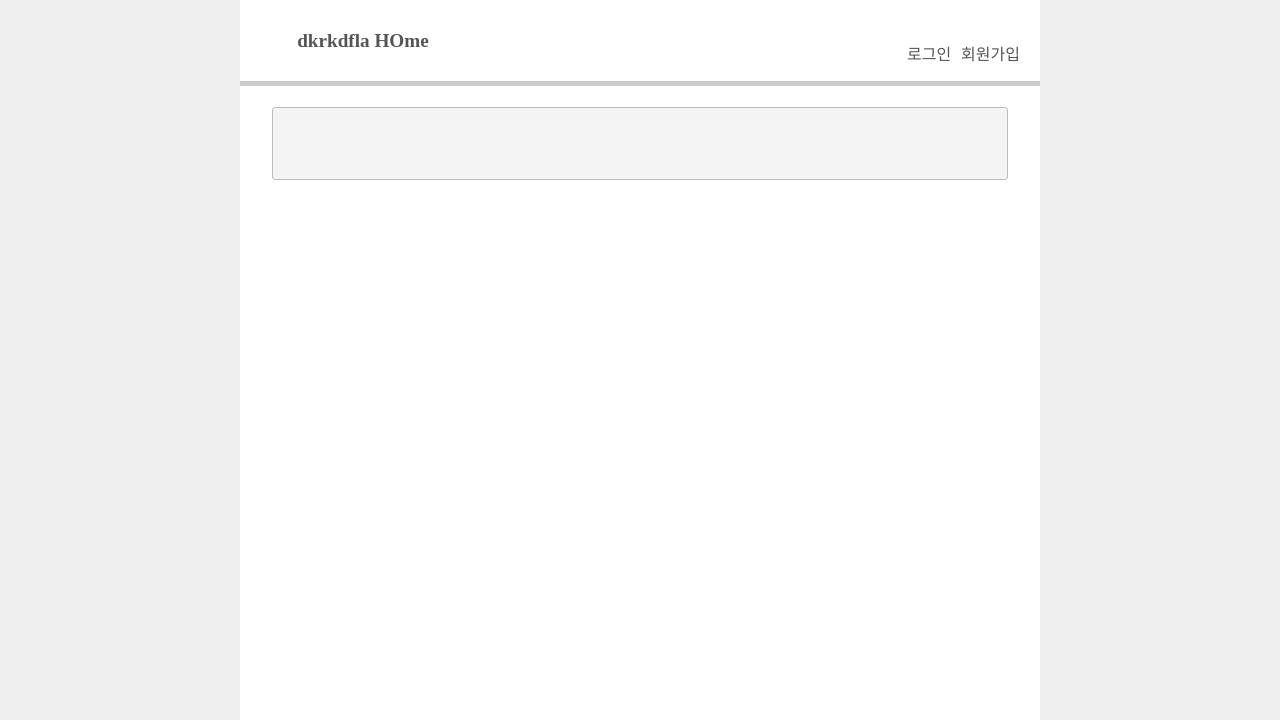
Repository: Dusajang/JSPClass
Page: http://localhost/jspPro/days02/ex01.jsp
These files come from the project's save history. The page is drawn as it stood at one moment and after the next save; the edit follows.
The browser window is 1280 px wide. The pictures show the whole page.
Some web fonts or font styles are not loaded; a fallback is used. The page is served by Tomcat 9. Other server files are loaded and not shown. Queries for data that is not in the repository find no rows.

Above is the page before, as saved 2024-10-16 01:09:24.

### jspPro/src/main/webapp/days02/ex01.jsp
<%@page import="org.doit.domain.DeptVO"%>
<%@page import="com.util.DBConn"%>
<%@page import="java.util.ArrayList"%>
<%@page import="java.sql.ResultSet"%>
<%@page import="java.sql.PreparedStatement"%>
<%@page import="java.sql.Connection"%>
<%@ page contentType="text/html; charset=UTF-8" pageEncoding="UTF-8"%>
<%
	Connection conn = null;
	PreparedStatement pstmt = null;
	String sql = " SELECT * "
				+ " FROM dept";
	ResultSet rs = null;
	int deptno;
	String dname, loc;
	DeptVO vo = null;
	ArrayList<DeptVO> list = null;

	try{
	      conn = DBConn.getConnection();
/*  	      System.out.println("conn은 " +conn);
	      System.out.println("닫혀있나 " + conn.isClosed());  */
	      pstmt = conn.prepareStatement(sql);
	      rs = pstmt.executeQuery();
	      if( rs.next() ){
	         list = new ArrayList<>();
	         do{
	            deptno = rs.getInt("deptno");
	            dname = rs.getString("dname");
	            loc = rs.getString("loc");

	            new DeptVO().builder().deptno(deptno).dname(dname).loc(loc).build();
	         }while(rs.next());
	      }
	   }catch(Exception e){
	      e.printStackTrace();
	   }finally{
	      try{
	         pstmt.close();
	         DBConn.close();
	      }catch(Exception e){
	         e.printStackTrace();
	      }

	   }
%>
<!DOCTYPE html>
<html>
<head>
<meta charset="UTF-8">
<title>Insert title here</title>
<link rel="shortcut icon" type="image/x-icon" href="http://localhost/jspPro/images/SiSt.ico">
<script src="https://ajax.googleapis.com/ajax/libs/jquery/3.7.1/jquery.min.js"></script>
<meta name="viewport" content="width=device-width, initial-scale=1.0">
<meta name="google" content="notranslate">
<link rel="stylesheet" href="http://localhost/jspPro/resources/cdn-main/example.css">
<script src="http://localhost/jspPro/resources/cdn-main/example.js"></script>
<style>
 span.material-symbols-outlined{
    vertical-align: text-bottom;
 }
</style>
</head>
<body>
<header>
  <h1 class="main"><a href="#" style="position: absolute;top:30px;">dkrkdfla HOme</a></h1>
  <ul>
    <li><a href="#">로그인</a></li>
    <li><a href="#">회원가입</a></li>
  </ul>
</header>
<div>
  <xmp class="code">

  </xmp>
</div>
</body>
</html>

### jspPro/src/main/java/com/util/DBConn.java
package com.util;

import java.sql.Connection;
import java.sql.DriverManager;
import java.sql.SQLException;

// 싱글톤(Sington)
public class DBConn {

   private static Connection conn = null;

   private DBConn() {

   }

   public static Connection getConnection() {

      if (conn == null) {
         // conn 생성...
         String className = "oracle.jdbc.driver.OracleDriver";
         String url = "jdbc:oracle:thin:@localhost:1521:xe";
         String user = "scott";
         String password = "tiger";

         try {
            // 1. JDBC 드라이버 로딩 - Class.forName()
            Class.forName(className);
            // 2. Connection 객체 - DriverManager
            conn = DriverManager.getConnection(url, user, password);
         } catch (ClassNotFoundException e) {
            e.printStackTrace();
         } catch (SQLException e) {
            e.printStackTrace();
         }
      } // if

      return conn;

   }

   public static Connection getConnection(String url, String user, String password) {

      if (conn == null) {
         String className = "oracle.jdbc.driver.OracleDriver";
         try {
            Class.forName(className);
            conn = DriverManager.getConnection(url, user, password);
         } catch (ClassNotFoundException e) {
            e.printStackTrace();
         } catch (SQLException e) {
            e.printStackTrace();
         }
      } // if

      return conn;

   } // getConnection

   public static void close() {
      try {
         if( conn != null && !conn.isClosed() ) {
            conn.close();
         }
      } catch (SQLException e) {
         e.printStackTrace();
      }

      conn = null;
   }


} // class v

### jspPro/src/main/webapp/resources/cdn-main/example.css
@charset "UTF-8";

@import url('https://fonts.googleapis.com/css2?family=Material+Symbols+Outlined:opsz,wght,FILL,GRAD@20..48,100..700,0..1,-50..200');

@font-face {
    font-family: 'GmarketSansMedium';
    src: url('https://cdn.jsdelivr.net/gh/projectnoonnu/noonfonts_2001@1.1/GmarketSansMedium.woff') format('woff');
    font-weight: normal;
    font-style: normal;
}

:root {
	--text-color: #555;
	--sub-text-color: #777;
	--back-color: #EFEFEF;
	--header-color: #444;
	--primary-color: #DEDEDE;
	--secondary-color: #EFEFEF;
	--default-width: 800px;
	--narrow-width: 500px;
	--wide-width: 1200px;
	--text-font: 'GmarketSansMedium';
	--icon-font: 'Material Symbols Outlined';
	--border-color: #CCC;
}

html, body {
	margin: 0;
	padding: 0;
}

html {
	background-color: var(--back-color);
	display: flex;
	justify-content: center;
	min-height: 100vh;
}

body, body.default {
	width: var(--default-width);
	background-color: white;
	padding-bottom: 120px;
}

body.wide {
	width: var(--wide-width);
}

body.narrow {
	width: var(--narrow-width);
}



body, p, div, span, a, input, select, option, textarea, button, table, th, td, label, fieldset, legend {
	font-family: var(--text-font);
	color: var(--text-color);
}

h1, h2, h3 {
	font-family: var(--text-font);
	color: var(--header-color);
	padding: 0 1rem;
	padding-top: .5rem;
}

div > h1, div > h2, div > h3 {
	padding: 0;
}

body > div, body > main > div {
	padding: 0.3rem 1rem;
}


h1 { font-size: 2rem; border-bottom: 1px solid var(--border-color); }
h1 small { font-size: 1.2rem; color: var(--sub-text-color); }
h2 { font-size: 1.5rem; border-bottom: 1px dashed var(--border-color); }
h2 small { font-size: 1.1rem; color: --sub-text-color; }
h3 { font-size: 1.2rem; }
h3 small { font-size: 1rem; color: --sub-text-color; }



h1.main::before {
	font-family: var(--icon-font);
  	content: '\e666';
  	margin-right: 10px;
  	float: left;
	font-size: 2.5rem;
}

h1.sub::before {
	font-family: var(--icon-font);
  	content: '\ea19';
  	margin-right: 10px;
  	float: left;
	font-size: 2.5rem;
}


h1.page::before {
	font-family: var(--icon-font);
  	content: '\e0e0';
  	margin-right: 10px;
  	float: left;
	font-size: 2.5rem;
}

body > header > ul > li > .active{
	background-color: #FFF;
	color:#F00;
}

body > header {
	display: flex;
	justify-content: space-between;
	border-bottom: 5px solid var(--border-color);
	min-height: 74px;
	background-color: #FFF;
}

body > header.sticky {
	position: sticky;
	top: 0;
	z-index: 98;
}

body > header > h1 {
	font-size: 1.2rem;
	border: 0;
}

body > header.in > h1::before {
	font-family: var(--icon-font);
  	content: '\e332‥';
  	margin-right: 3px;
  	float: left;
	font-size: 2rem;
}


body > header > ul {
	list-style-type: none;
	display: flex;
	align-items: flex-end;
	margin-right: 10px;
}

body > header > ul > li {
	margin-right: 10px;
	cursor: pointer;
}

body > header > ul > li > a {
	cursor: pointer;
}


form {
	display: block;
}

form > div {
	padding: 0.3rem 1rem;
}

div > form > div {
	padding: 0.3rem 0;
}

input, textarea, button, select {
	border: 1px solid #BBB;
	border-radius: 3px;
	outline: none;
	resize: none;
	padding: 7px;
	margin: 0;
}

input[type=text]:read-only, textarea:read-only {
	cursor: not-allowed;
	background-color: #FFF;
}

input[type=text]:disabled, textarea:disabled {
	cursor: not-allowed;
	background-color: #EEE;
}

input[type=text], input[type=password], textarea, button, select {
	/* width: 300px; */
}

textarea {
	display: block;
	height: 100px;
}

input[type=button], input[type=submit], button {
	/* width: inherit; */
}

input.short, textarea.short, button.short, select.short {
	width: 100px;
}

input.long, textarea.long, button.long, select.long {
	width: 350px;
}

.narrow input.long, .narrow textarea.long, .narrow button.long, .narrow select.long {
	width: calc(100% - 20px);
}

input.full, textarea.full, button.full, select.full {
	width: calc(100% - 20px);
}

textarea.short {
	height: 50px;
}

textarea.long {
	height: 100px;
}

textarea.full {
	height: 200px;
}

input, textarea {
	padding-top: 8px;
}

input[type=button], input[type=submit], button {
	padding: 5px 10px;
	background-color: var(--secondary-color);
	cursor: pointer;
	min-height: 36px;
}

input[type=button].primary, input[type=submit].primary, button.primary {
	/* background-color: rgba(100, 149, 237, .2); */
	background-color: var(--primary-color);
}

input[type=button].primary:hover, input[type=submit].primary:hover, button.primary:hover {
	/* background-color: rgba(100, 149, 237, .3); */
	background-color: var(--secondary-color);
}

input[type=button]:hover, input[type=submit]:hover, button:hover {
	background-color: var(--primary-color);
}

button {
	position: relative;
	left: 0;
	top: 0;
	padding-left: 35px;
}

button .material-symbols-outlined {
	position: absolute;
	left: 10px;
	top: 4px;
}

/* k2nik add */
button.login::before {
	font-family: var(--icon-font);
  	content: '\ea77';
	position: absolute;
	left: 11px;
	top: 4px;
	font-size: 1.25rem;
}

/* k2nik logout */
button.logout::before {
	font-family: var(--icon-font);
  	content: '\e9ba';
	position: absolute;
	left: 11px;
	top: 4px;
	font-size: 1.25rem;
}

/* k2nik help */
button.help::before {
	font-family: var(--icon-font);
  	content: '\f1c0';
	position: absolute;
	left: 11px;
	top: 4px;
	font-size: 1.25rem;
}

button.add::before{
	font-family: var(--icon-font);
  	content: '\e746';
	position: absolute;
	left: 11px;
	top: 4px;
	font-size: 1.25rem;
}

button.back::before {
	font-family: var(--icon-font);
  	content: '\e166';
	position: absolute;
	left: 11px;
	top: 4px;
	font-size: 1.25rem;
}

button.list::before {
	font-family: var(--icon-font);
  	content: '\e0ee';
	position: absolute;
	left: 11px;
	top: 4px;
	font-size: 1.25rem;
}


button.del::before {
	font-family: var(--icon-font);
  	content: '\e872';
	position: absolute;
	left: 11px;
	top: 4px;
	font-size: 1.25rem;
}


button.edit::before {
	font-family: var(--icon-font);
  	content: '\e745';
	position: absolute;
	left: 11px;
	top: 4px;
	font-size: 1.25rem;
}


button.login::before {
	font-family: var(--icon-font);
  	content: '\ea77';
	position: absolute;
	left: 11px;
	top: 4px;
	font-size: 1.25rem;
}


button.logout::before {
	font-family: var(--icon-font);
  	content: '\e9ba';
	position: absolute;
	left: 11px;
	top: 4px;
	font-size: 1.25rem;
}


button.in::before {
	font-family: var(--icon-font);
  	content: '\f71a';
	position: absolute;
	left: 11px;
	top: 4px;
	font-size: 1.25rem;
}


button.out::before {
	font-family: var(--icon-font);
  	content: '\f70e';
	position: absolute;
	left: 11px;
	top: 4px;
	font-size: 1.25rem;
}


button.reply::before {
	font-family: var(--icon-font);
  	content: '\e15e';
	position: absolute;
	left: 11px;
	top: 4px;
	font-size: 1.25rem;
}


button.comment::before {
	font-family: var(--icon-font);
  	content: '\e0b9';
	position: absolute;
	left: 11px;
	top: 4px;
	font-size: 1.25rem;
}


button.modal::before {
	font-family: var(--icon-font);
  	content: '\e89e';
	position: absolute;
	left: 11px;
	top: 4px;
	font-size: 1.25rem;
}


button.ok::before {
	font-family: var(--icon-font);
  	content: '\e86c';
	position: absolute;
	left: 11px;
	top: 4px;
	font-size: 1.25rem;
}


button.cancel::before {
	font-family: var(--icon-font);
  	content: '\e5c9';
	position: absolute;
	left: 11px;
	top: 4px;
	font-size: 1.25rem;
}

button.search::before {
	font-family: var(--icon-font);
  	content: '\e8b6';
	position: absolute;
	left: 11px;
	top: 4px;
	font-size: 1.25rem;
}

button.home::before {
	font-family: var(--icon-font);
  	content: '\e88a';
	position: absolute;
	left: 11px;
	top: 4px;
	font-size: 1.25rem;
}


button.sidebar::before {
	font-family: var(--icon-font);
  	content: '\f7e4';
	position: absolute;
	left: 11px;
	top: 4px;
	font-size: 1.25rem;
}


button.sidebar-right::before {
	font-family: var(--icon-font);
  	content: '\f7e5';
	position: absolute;
	left: 11px;
	top: 4px;
	font-size: 1.25rem;
}




button::before {
	font-family: var(--icon-font);
  	content: '\e323';
	position: absolute;
	left: 11px;
	top: 4px;
	font-size: 1.25rem;
}


table {
	border-collapse: collapse;
	margin: 1rem;
	box-sizing: border-box;
	width: calc(100% - 32px);
}

table.content {
	width: auto;
}

div > table {
	margin: 0;
}

table th, table td {
	border: 1px solid var(--border-color);
	padding: 7px;
	font-weight: normal;
}

table th {
	background-color: var(--back-color);
}

table.vertical th {
	width: 150px;
}

table.vertical td {
	width: calc(100% - 182px);
	padding-left: 10px;
}

table.content td, table.content th {
	width: auto;
}

body.narrow table.vertical th {
	width: 100px;
}

body.narrow table.vertical td {
	width: calc(100% - 182px);
}


table + table {
	margin-top: 30px;
}


p {
	padding: 0 1rem;
}

a {
	text-decoration: none;
}

a:hover {
	color: rgba(255, 99, 71, .7);
}

hr {
	border: 0;
	border-top: 1px solid var(--border-color);
	margin: 2rem 0;
}

.message {
	border: 1px solid var(--border-color);
	background-color: #EFEFEF;
	margin: 1rem;
	width: auto;
	padding-top: 10px;
	padding-bottom: 10px;
	font-size: 14px;
}

.message[title]::before {
	content: attr(title);
	display: block;
	border-bottom: 1px solid var(--border-color);
	padding-bottom: 5px;
	margin-bottom: 10px;
	margin-top: 7px;
}

.message.short {
	max-width: 250px;
}

.message.long {
	max-width: 500px;
}

.badge {
	float: right;
	font-size: .8rem;
	margin-top: 2px;
	margin-right: 2px;
	text-shadow: 0 0 7px gray;
}

.badge.left {
	float: none;
	margin-left: 2px;
}

.badge.right {
	float: right;
}

.badge.red {
	border-radius: 50%;
	padding: 2px 5px;
	background-color: rgb(255, 99, 71, .3);
}

.badge.yellow {

	border-radius: 50%;
	padding: 2px 5px;
	background-color: rgb(255, 215, 0, .5);
}

.badge.blue {
	border-radius: 50%;
	padding: 2px 5px;
	background-color: rgb(100, 149, 237, .3);
}

label + label {
	margin-left: 7px;
}

label input[type=checkbox], label input[type=radio] {
	transform: translate(0, 1px);
}

.group {
	display: flex;
}

.modal-content .group {
	margin-bottom: .5rem;
}

.group label {
	border: 1px solid #BBB;
	border-radius: 3px;
	outline: none;
	resize: none;
	padding: 7px 14px;
	margin: 0;
	border-top-right-radius: 0;
	border-bottom-right-radius: 0;
	background-color: #EFEFEF;
	white-space: nowrap;
	font-size: 14px;
}

.group input[type=text] {
	margin-left: -1px;
	border-top-left-radius: 0;
	border-bottom-left-radius: 0;
}

.group select {
	margin-left: -1px;
	border-top-left-radius: 0;
	border-bottom-left-radius: 0;
}

.group input.full[type=text] {
	margin-left: -1px;
	border-top-left-radius: 0;
	border-bottom-left-radius: 0;
	width: 100%;
}

.group input[type=button]:first-child, .group button:first-child {
	border-top-left-radius: 3px;
	border-bottom-left-radius: 3px;
	margin-left: 0px;
}

.group input[type=button], .group button {
	border-radius: 0;
	margin-left: -1px;
}

.group input[type=button]:last-child, .group button:last-child {
	margin-left: -1px;
	border-top-right-radius: 3px;
	border-bottom-right-radius: 3px;
}

.seperate {
	display: flex;
	justify-content: space-between;
}

div.list {
	width: max-content;
	margin: 1rem;
	border: 1px solid #BBB;
	border-radius: 3px;
	padding: 0;
}

div.list.full {
	width: auto;
	display: block;
	margin: 1rem;
	border: 1px solid #BBB;
	border-radius: 3px;
	padding: 0;
}

div.list > div {
	padding: .5rem 1rem;
	margin: 0;
	border-bottom: 1px solid #BBB;
}

div.list > div:last-child {
	border-bottom: 0;
}

pre.code , xmp.code{
	font-family: consols;
	background-color: rgba(150, 150, 150, .1);
	border: 1px solid #BBB;
	border-radius: 3px;
	padding: .5rem 1rem;
	padding-bottom: .6rem;
	margin: 1rem;
}




*[data-modal-window] {
	position: fixed;
	background-color: rgba(0, 0, 0, .3);
	left: 0;
	top: 0;
	display: none;
	justify-content: center;
	align-items: flex-start;
	width: 100%;
	min-height: 100vh;
	z-index: 100;
	opacity: 0;
	transition: 500ms all;
}

*[data-modal-window] .modal-container {
	border-radius: 5px;
	padding: 1rem;
	padding-bottom: .5rem;
	margin-top: -500px;
	opacity: 0;
	width: 500px;
	background-color: #FFF;
	margin-right: 2rem;
	transition: 500ms all;
}

*[data-modal-size=content] .modal-container {
	width: auto;
}

*[data-modal-size=narrow] .modal-container {
	width: 300px;
}

*[data-modal-size=wide] .modal-container {
	width: 760px;
}


*[data-modal-window] .modal-header {
	border-bottom: 1px solid var(--border-color);
	padding: 2px 5px;
}

*[data-modal-window] .modal-content {
	padding: 1rem 5px;
}

*[data-modal-window] .modal-content div:last-child {
	margin-top: 1rem;
	text-align: right;
}



*[data-sidebar-window] {
	position: fixed;
	background-color: #FFF;
	left: 0;
	top: 0;
	display: block;
	width: 300px;
	border-right: 1px solid var(--border-color);
	box-sizing: border-box;
	box-shadow: 0 0 3px var(--back-color);
	min-height: 100vh;
	z-index: 99;
	transform: translate(-300px, 0);
	transition-duration: 500ms;
	transition-property: transform;
}

*[data-sidebar-direction=right] {
	left: auto;
	right: 0;
	transform: translate(300px, 0);
	border-left: 1px solid var(--border-color);
}

*[data-sidebar-size=wide] {
	width: 500px;
	transform: translate(-500px, 0);
}

*[data-sidebar-window] .sidebar-title {
	border-bottom: 1px solid var(--border-color);
	margin-top: 20px;
	margin-bottom: 20px;
	padding-bottom: 5px;
	display: flex;
	justify-content: space-between;
}

*[data-sidebar-window] .sidebar-title span:last-child {
	cursor: pointer;
}


/* K2Nik pagination */
.center {
  text-align: center;
}

.pagination {
  display: inline-block;
}

.pagination a {
  color: black;
  float: left;
  padding: 3px 6px;
  text-decoration: none;
  transition: background-color .3s;
  border: 1px solid #ddd;
  margin: 0 3px;
}

.pagination a.active {
  background-color: #4CAF50;
  color: white;
  border: 1px solid #4CAF50;
}

.pagination a:hover:not(.active) {background-color: #ddd;}

### jspPro/src/main/webapp/resources/cdn-main/example.js

window.onload = () => {

    const list = document.querySelectorAll('input, textarea');

    list.forEach(item => {
        item.setAttribute('autocomplete', 'off');
    });


    const modal_btn_list = document.querySelectorAll('*[data-modal-button]');

    modal_btn_list.forEach(item => {
        item.onclick = function() {

            const name = this.dataset['modalButton'];
            const modal_window = document.querySelector('*[data-modal-window=' + name);

            const container = document.createElement('div');
            container.className = 'modal-container';



            const modal_header = document.createElement('div');
            modal_header.textContent = modal_window.dataset['modalTitle'];
            modal_header.className = 'modal-header';
            container.appendChild(modal_header);

            const modal_content = document.createElement('div');
            modal_content.className = 'modal-content';
            container.appendChild(modal_content);

            Array.from(modal_window.childNodes).forEach(item => {
                modal_content.appendChild(item);
            });

            modal_window.appendChild(container);

            modal_window.style.display = 'flex';

            setTimeout(() => {
                modal_window.style.opacity = 1;
                container.style.marginTop = '20px';
                container.style.opacity = 1;
            }, 50);


            const modal_ok = document.querySelector('*[data-modal-ok=' + name);
            modal_ok.addEventListener('click', function() {
                modal_window.style.opacity = 0;
                container.style.marginTop = '-500px';
                container.style.opacity = 0;

                setTimeout(() => {
                    modal_window.innerHTML = modal_content.innerHTML;
                    modal_window.style.display = 'none';
                }, 500);

            });

            const modal_cancel = document.querySelector('*[data-modal-cancel=' + name);
            modal_cancel.addEventListener('click', function() {

                modal_window.style.opacity = 0;
                container.style.marginTop = '-500px';
                container.style.opacity = 0;

                setTimeout(() => {
                    modal_window.innerHTML = modal_content.innerHTML;
                    modal_window.style.display = 'none';
                }, 500);
            });


        };
    });


    const sidebar_btn_list = document.querySelectorAll('*[data-sidebar-button]');

    sidebar_btn_list.forEach(item => {
        item.onclick = function() {



            const name = this.dataset['sidebarButton'];
            const sidebar_window = document.querySelector('*[data-sidebar-window=' + name);

            if (sidebar_window.style.transform == 'translate(0px, 0px)') return;



            sidebar_window.style.transform = 'translate(0, 0)';

            const sidebar_title = document.createElement('div');
            sidebar_title.className = 'sidebar-title';
            sidebar_title.innerHTML = '<span>' + sidebar_window.dataset['sidebarTitle'] + '</span><span class="material-symbols-outlined">close</span>';

            sidebar_title.children[1].onclick = function() {

                let sign = 1;
                let distance = 300;

                if (sidebar_window.dataset['sidebarDirection'] != 'right') {
                    sign = -1;
                } else {
                    sign = 1;
                }

                if (sidebar_window.dataset['sidebarSize'] != 'wide') {
                    distance = 300;
                } else {
                    distance = 500;
                }

                distance *= sign;

                sidebar_window.style.transform = 'translate(' + distance + 'px, 0)';

                setTimeout(function() {
                    sidebar_window.removeChild(sidebar_window.children[0]);
                }, 500);
            };


            sidebar_window.prepend(sidebar_title);

        }
    });

};

// window.onkeydown = function(event) {

//     if (event.keyCode == 27) {
//         if (document.querySelector('[data-modal-window').style.display == 'flex') {
//             document.querySelector('[data-modal-window').style.display = 'none';
//         }
//     }

// };

After the next save:
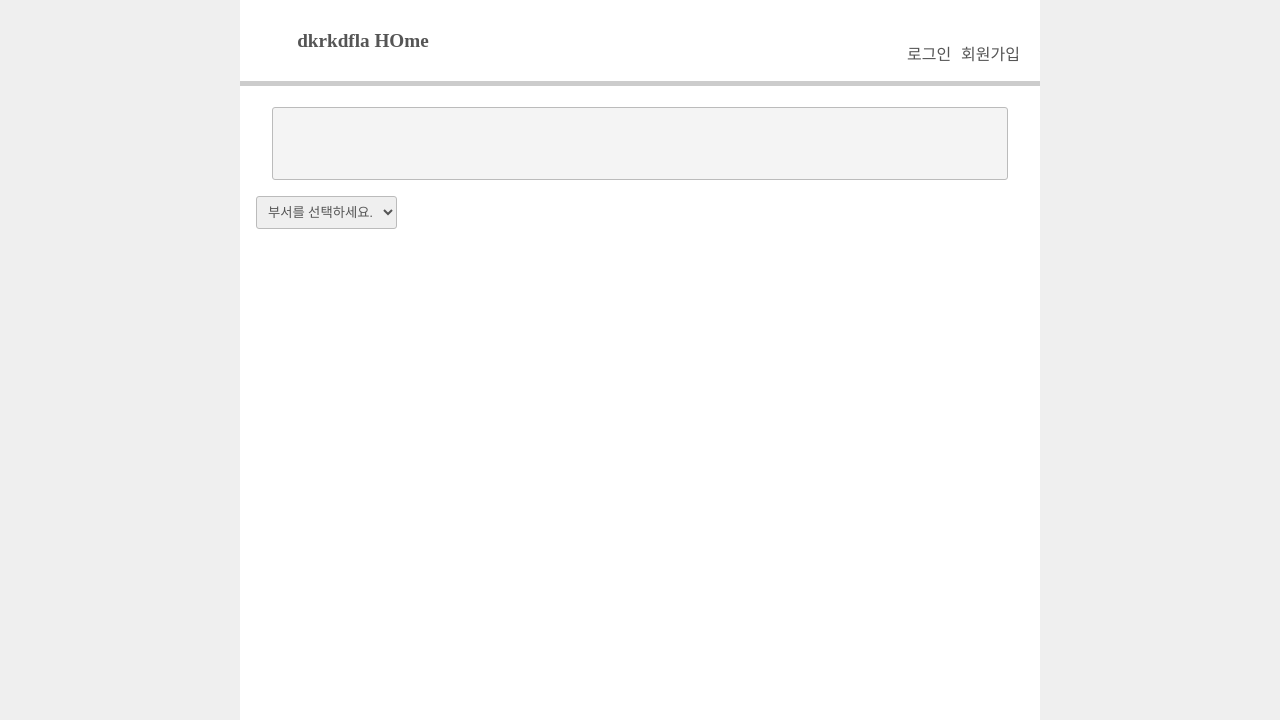
Saved 81 s later.
--- a/jspPro/src/main/webapp/days02/ex01.jsp
+++ b/jspPro/src/main/webapp/days02/ex01.jsp
@@ -73,6 +73,11 @@
   <xmp class="code">
 
   </xmp>
+
+  <select id="deptno" name="deptno">
+  	<option>부서를 선택하세요.</option>
+  </select>
+
 </div>
 </body>
 </html>
